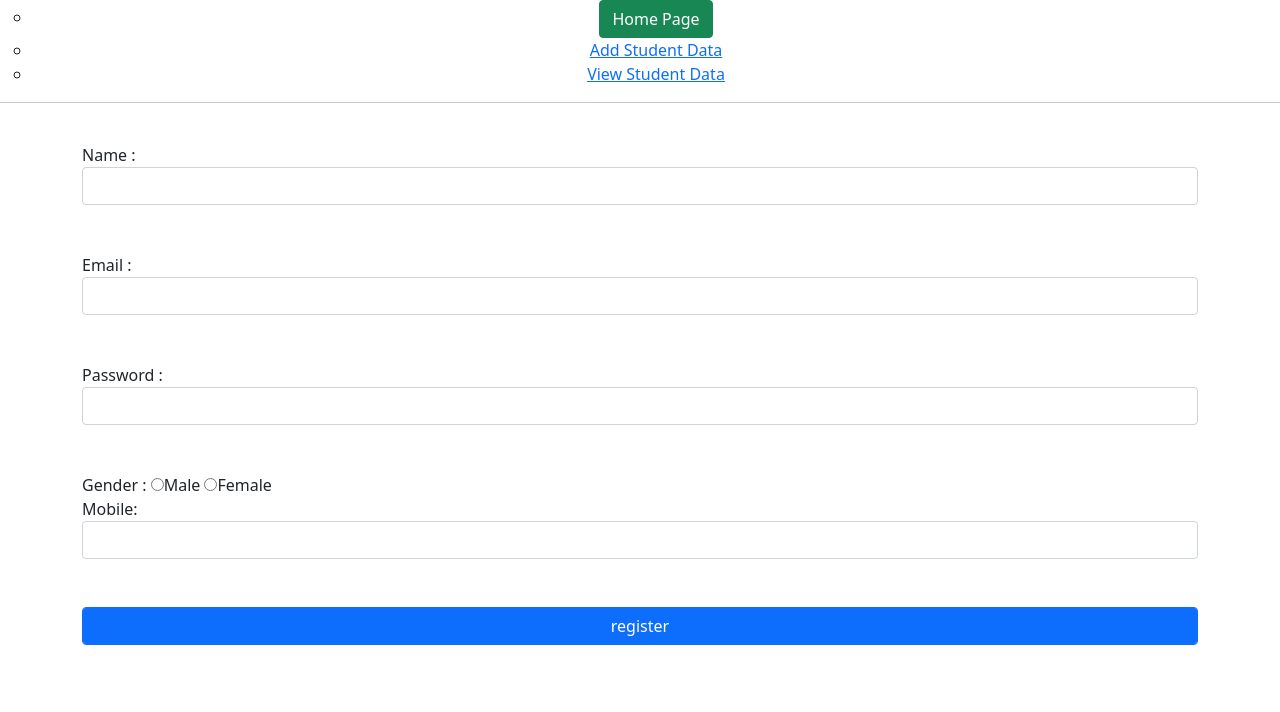
Repository: KrishMoradiya/Aixtor-Training-Projects-Backup
Page: http://localhost/CRUD_Student/Register.jsp
An editor plug-in stored every save of this project. The page is shown before and after the next save, followed by the edit.
The browser window is 1280 px wide. The pictures show the whole page.
The page is served by Tomcat 10. Nobody is signed in. The application's start-up code is not run. Other server files are loaded and not shown.

Above is the page before, as saved 2023-12-23 06:49:01.

### Workspace - Eclipse Enterprise Edition/CRUD_Student/src/main/webapp/Register.jsp
<%@ page language="java" contentType="text/html; charset=UTF-8"
    pageEncoding="UTF-8"%>
<!DOCTYPE html PUBLIC "-//W3C//DTD HTML 4.01 Transitional//EN" "http://www.w3.org/TR/html4/loose.dtd">
<html>
<head>
<meta http-equiv="Content-Type" content="text/html; charset=UTF-8">
<title>Register here</title>
<script type="text/javascript" src="FormValidation.js"></script>
</head>
<body>
	<jsp:include page="header.jsp"></jsp:include>
	<div class="container">
		<form action="Register" name="registerForm" method="Post">
			Name : <input class="form-control" type="text" name="name" /> <br /> <br />
			Email : <input class="form-control" type="email" name="email" /> <br /> <br />
			Password : <input class="form-control" type="password" name="password" /> <br /> <br />
			Gender : <input	type="radio" name="gender" value="Male" />Male <input type="radio" name="gender" value="Female" />Female<br />
			Mobile: <input type="text" class="form-control" name="mobile" /> <br /> <br />
			<input type="submit" class="form-control btn btn-primary" value="register" onclick="return registerFormValidation();">
		</form>
	</div>
</body>
</html>

### Workspace - Eclipse Enterprise Edition/CRUD_Student/src/main/webapp/header.jsp
<%@page import="com.Classes.AuthUser"%>
<%@ page language="java" contentType="text/html; charset=UTF-8"
    pageEncoding="UTF-8"%>
<!DOCTYPE html PUBLIC "-//W3C//DTD HTML 4.01 Transitional//EN" "http://www.w3.org/TR/html4/loose.dtd">
<html>
<head>
<meta http-equiv="Content-Type" content="text/html; charset=UTF-8">
<title>Insert title here</title>
<link href="https://cdn.jsdelivr.net/npm/bootstrap@5.0.2/dist/css/bootstrap.min.css" rel="stylesheet" integrity="sha384-EVSTQN3/azprG1Anm3QDgpJLIm9Nao0Yz1ztcQTwFspd3yD65VohhpuuCOmLASjC" crossorigin="anonymous">
</head>
<body>
	<center>
		<ul type="circle">
			<li><a href="index.jsp" class="btn btn-success">Home Page</a></li>
			<li><a href="Register.jsp">Add Student Data</a></li>
			<li><a href="/CRUD_Student/GetStudentData">View Student Data</a></li>

		</ul>
		<hr><br>
	</center>
</body>
</html>

### Workspace - Eclipse Enterprise Edition/CRUD_Student/src/main/webapp/FormValidation.js
function signInValidate(){
	let loginForm = document.loginForm;
	let username = loginForm.email;
	let password = loginForm.password;
	if(username.value == ""){
		alert("Enter Username...");
		username.focus();
		return false
	}
	if(password.value == ""){
		alert("Enter Password...");
		password.focus();
		return false
	}
}

function editFormValidation(){
	let editForm = document.editForm;
	let name = editForm.name;
	let email = editForm.email;
	let password = editForm.password;
	let gender = editForm.gender;
	let mobile = editForm.mobile;
	if(name.value == ""){
		alert("Enter Name...");
		username.focus();
		return false
	}
	if(email.value == ""){
		alert("Enter Email...");
		username.focus();
		return false
	}
	if(mobile.value == ""){
		alert("Enter Mobile Number...");
		username.focus();
		return false
	}
	if(gender.value == ""){
		alert("Enter Gender...");
		username.focus();
		return false
	}
	if(password.value == ""){
		alert("Enter Password...");
		username.focus();
		return false
	}
}

function registerFormValidation(){
	let registerForm = document.registerForm;
	let name = registerForm.name;
	let email = registerForm.email;
	let password = registerForm.password;
	let gender = registerForm.gender;
	let mobile = registerForm.mobile;
	if(name.value == ""){
		alert("Enter Name...");
		username.focus();
		return false
	}
	if(email.value == ""){
		alert("Enter Email...");
		username.focus();
		return false
	}
	if(mobile.value == ""){
		alert("Enter Mobile Number...");
		username.focus();
		return false
	}
	if(gender.value == ""){
		alert("Enter Gender...");
		username.focus();
		return false
	}
	if(password.value == ""){
		alert("Enter Password...");
		username.focus();
		return false
	}
}

After the next save:
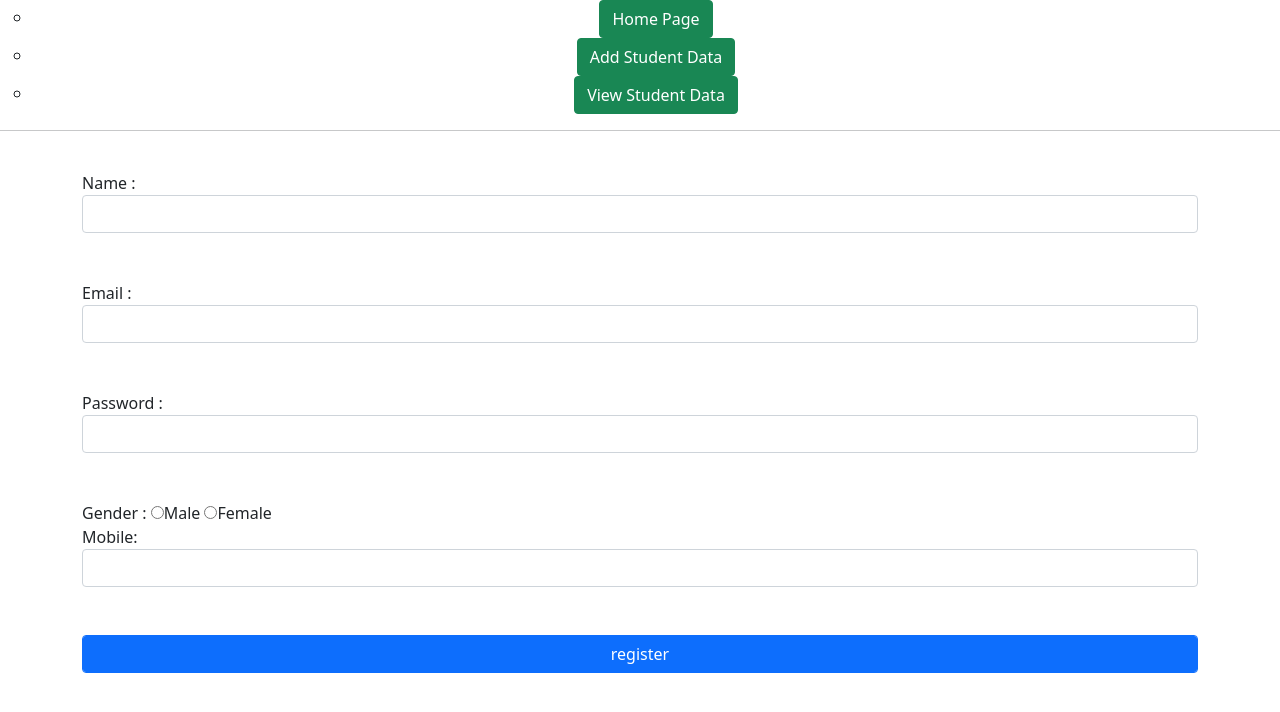
Saved 3 min 17 s later.
--- a/Workspace - Eclipse Enterprise Edition/CRUD_Student/src/main/webapp/header.jsp
+++ b/Workspace - Eclipse Enterprise Edition/CRUD_Student/src/main/webapp/header.jsp
@@ -10,10 +10,10 @@
 </head>
 <body>
 	<center>
-		<ul type="circle">
+		<ul type="circle" style="display:">
 			<li><a href="index.jsp" class="btn btn-success">Home Page</a></li>
-			<li><a href="Register.jsp">Add Student Data</a></li>
-			<li><a href="/CRUD_Student/GetStudentData">View Student Data</a></li>
+			<li><a href="Register.jsp" class="btn btn-success">Add Student Data</a></li>
+			<li><a href="/CRUD_Student/GetStudentData" class="btn btn-success">View Student Data</a></li>
 
 		</ul>
 		<hr><br>
